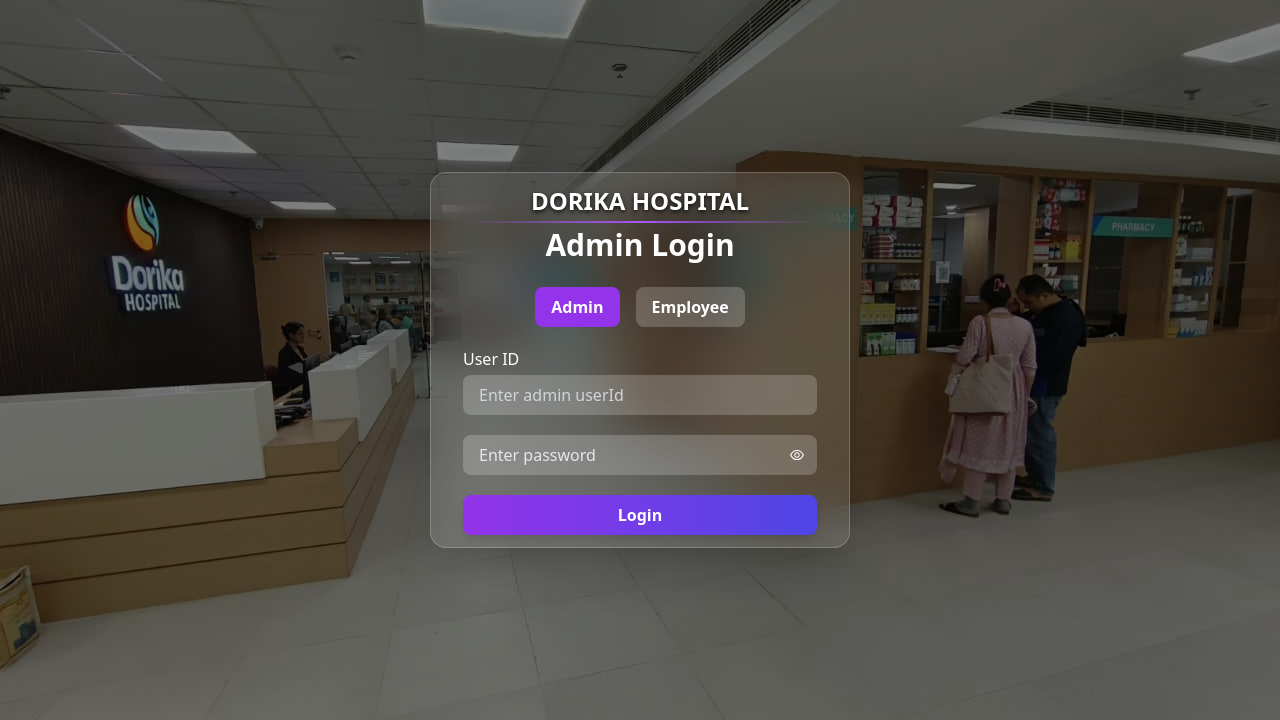
Repository: sixfoxtechnology123/DORIKA_HOSPITAL
Page: /
An editor plug-in stored every save of this project. The page is shown before and after the next save, followed by the edit.
The browser window is 1280 px wide. The pictures show the whole page.
The project was rebuilt for these pictures with package versions that can differ from the ones it lists, and the page was loaded fresh each time. Also part of the build but not shown: src/component/HomePage.js, src/component/BackButton.js, src/Master/MasterPage.js, src/component/Sidebar.js, src/Master/DepartmentList.js, src/Master/DepartmentMaster.js, src/Master/DesignationMaster.js, src/Master/DesignationList.js and 41 more.

Above is the page before, as saved 2026-01-22 10:59:15.

### public/index.html
<!DOCTYPE html>
<html lang="en">
  <head>
    <meta charset="utf-8" />
    <link rel="icon" href="%PUBLIC_URL%/dorikaLogo.jpg" />
    <meta name="viewport" content="width=device-width, initial-scale=1" />
    <meta name="theme-color" content="#000000" />
    <meta
      name="description"
      content="Web site created using create-react-app"
    />
    <link rel="apple-touch-icon" href="%PUBLIC_URL%/dorikaLogo.jpg" />
    <!--
      manifest.json provides metadata used when your web app is installed on a
      user's mobile device or desktop. See https://developers.google.com/web/fundamentals/web-app-manifest/
    -->
    <link rel="manifest" href="%PUBLIC_URL%/manifest.json" />
    <!--
      Notice the use of %PUBLIC_URL% in the tags above.
      It will be replaced with the URL of the `public` folder during the build.
      Only files inside the `public` folder can be referenced from the HTML.

      Unlike "/favicon.ico" or "favicon.ico", "%PUBLIC_URL%/favicon.ico" will
      work correctly both with client-side routing and a non-root public URL.
      Learn how to configure a non-root public URL by running `npm run build`.
    -->
    <title>DORIKA HOSPITAL</title>
  </head>
  <body>
    <noscript>You need to enable JavaScript to run this app.</noscript>
    <div id="root"></div>
    <!--
      This HTML file is a template.
      If you open it directly in the browser, you will see an empty page.

      You can add webfonts, meta tags, or analytics to this file.
      The build step will place the bundled scripts into the <body> tag.

      To begin the development, run `npm start` or `yarn start`.
      To create a production bundle, use `npm run build` or `yarn build`.
    -->
  </body>
</html>

### src/index.css
@tailwind base;
@tailwind components;
@tailwind utilities;
body { @apply bg-gray-100; }
@media print {
  body * {
    visibility: hidden !important;
  }

  #print-section, #print-section * {
    visibility: visible !important;
  }

  #print-section {
    position: absolute;
    top: 0;
    left: 0;
    width: 100%;
  }

  @page {
    margin: 10mm;
  }
}

### src/App.js
import React from "react";
import { Routes, Route } from "react-router-dom";
import HomePage from "./component/HomePage";
import BackButton from "./component/BackButton";
import MasterPage from "./Master/MasterPage";
import DepartmentList from "./Master/DepartmentList";
import DepartmentMaster from "./Master/DepartmentMaster";
import DesignationMaster from "./Master/DesignationMaster";
import DesignationList from "./Master/DesignationList";
import LeaveTypeMaster from "./Master/leavetypemaster";
import LeaveTypeList from "./Master/leavetypelist";
import HolidayMaster from "./Master/HolidayMaster";
import HolidayList from "./Master/HolidayList";
import ShiftMaster from "./Master/Shiftmaster";
import ShiftList from "./Master/Shiftlist";
import PolicyMaster from "./Master/Policymaster";
import PolicyList from "./Master/PolicyList";
import LocationMaster from "./Master/LocationMaster";
import LocationList from "./Master/Locationlist";
import PayrollComponentMaster from "./Master/PayrollComponentMaster";
import PayrollComponentList from "./Master/PayrollComponentList";
import EmployeeMaster from "./Master/EmployeeMaster";
import EmployeeList from "./Master/EmployeeList";
import LeaveDashboard from "./Master/LeaveDashboard";
import Dashboard from "./component/Dashboard";
import AdminLogin from "./component/AdminLogin";
import EditProfile from "./component/EditProfile";
import ChangePassword from "./component/ChangePassword";
import AdminManagement from "./component/AdminManagement";
import { Toaster } from "react-hot-toast";
import LeaveRuleMaster from "./Master/LeaveRuleMaster";
import LeaveRuleList from "./Master/LeaveRuleList";
import LeaveAllocationForm from "./Master/LeaveAllocationForm";
import LeaveAllocationList from "./Master/LeaveAllocationList";
import EmployeeDashboard from "./EmployeeCorner/EmployeeDashboard";
import UserProfile from "./EmployeeCorner/UserProfile";
import EmployeeHome from "./EmployeeCorner/EmployeeHome";
import EmployeeCornerSidebar from "./EmployeeCorner/EmployeeCornerSidebar";
import EmployeeUserIdCreated from "./EmployeeCorner/EmployeeUserIdCreated";
import EmployeeCalendar from "./EmployeeCorner/EmployeeCalendar";
import EmployeeLeaveApplication from "./EmployeeCorner/EmployeeLeaveApplication";
import SalaryHeadForm from "./Master/SalaryHeadForm";
import SalarySlipHeadList from "./Master/SalarySlipHeadList";
import PaySlipGenerateEmployeeList from "./Master/PaySlipGenerateEmployeeList";
import GeneratePaySlip from "./Master/GeneratePaySlip";
import PaySlipHistory from "./Master/PaySlipHistory";
import ReminderPage from "./Master/ReminderPage";
import ShiftManagement from "./Master/ShiftManagement";
import EmployeeLeaveDetails from "./EmployeeCorner/EmployeeLeaveDetails";
import EmployeeAttendance from "./EmployeeCorner/EmployeeAttendance";
import LeaveHistory from "./Master/LeaveHistory";

export default function App(){
  return (
    <>
    <Routes>
      <Route path="/Homepage" element={<HomePage/>} />
      <Route path="/BackButton" element={<BackButton/>} />
      <Route path="/MasterPage" element={<MasterPage/>} />
      <Route path="/DepartmentList" element={<DepartmentList/>} />
      <Route path="/DepartmentMaster" element={<DepartmentMaster/>} />
      <Route path="/DesignationMaster" element={<DesignationMaster/>} />
      <Route path="/DesignationList" element={<DesignationList/>} />
      <Route path="/LeaveTypeMaster" element={<LeaveTypeMaster/>} />
      <Route path="/LeaveTypeList" element={<LeaveTypeList/>} />
      <Route path="/HolidayMaster" element={<HolidayMaster/>} />
      <Route path="/HolidayList" element={<HolidayList/>} />
      <Route path="/ShiftMaster" element={<ShiftMaster/>} />
      <Route path="/ShiftList" element={<ShiftList/>} />
      <Route path="/PolicyMaster" element={<PolicyMaster/>} />
      <Route path="/PolicyList" element={<PolicyList/>} />
      <Route path="/LocationMaster" element={<LocationMaster/>} />
      <Route path="/LocationList" element={<LocationList/>} />
      <Route path="/PayrollComponentMaster" element={<PayrollComponentMaster/>} />
      <Route path="/PayrollComponentList" element={<PayrollComponentList/>} />
      <Route path="/EmployeeMaster" element={<EmployeeMaster/>} />
      <Route path="/EmployeeList" element={<EmployeeList/>} />
      <Route path="/Dashboard" element={<Dashboard/>} />
      <Route path="/" element={<AdminLogin/>} />
      <Route path="/EditProfile" element={<EditProfile/>} />
      <Route path="/ChangePassword" element={<ChangePassword/>} />
      <Route path="/AdminManagement" element={<AdminManagement/>} />
      <Route path="/LeaveDashboard" element={<LeaveDashboard/>} />
      <Route path="/LeaveRuleMaster" element={<LeaveRuleMaster/>} />
      <Route path="/LeaveRuleList" element={<LeaveRuleList/>} />
      <Route path="/LeaveAllocationForm" element={<LeaveAllocationForm/>} />
      <Route path="/LeaveAllocationList" element={<LeaveAllocationList/>} />
      <Route path="/EmployeeDashboard" element={<EmployeeDashboard/>} />
      <Route path="/UserProfile" element={<UserProfile/>} />
      <Route path="/EmployeeHome" element={<EmployeeHome/>} />
      <Route path="/EmployeeCornerSidebar" element={<EmployeeCornerSidebar/>} />
      <Route path="/EmployeeUserIdCreated" element={<EmployeeUserIdCreated/>} />
      <Route path="/EmployeeCalendar" element={<EmployeeCalendar/>} />
      <Route path="/EmployeeLeaveApplication" element={<EmployeeLeaveApplication/>} />
      <Route path="/SalaryHeadForm" element={<SalaryHeadForm/>} />
      <Route path="/SalarySlipHeadList" element={<SalarySlipHeadList/>} />
      <Route path="/PaySlipGenerateEmployeeList" element={<PaySlipGenerateEmployeeList/>} />
      <Route path="/GeneratePaySlip" element={<GeneratePaySlip/>} />
      <Route path="/PaySlipHistory" element={<PaySlipHistory/>} />
      <Route path="/ReminderPage" element={<ReminderPage/>} />
      <Route path="/ShiftManagement" element={<ShiftManagement/>} />
      <Route path="/EmployeeLeaveDetails" element={<EmployeeLeaveDetails/>} />
      <Route path="/EmployeeAttendance" element={<EmployeeAttendance/>} />
      <Route path="/LeaveHistory" element={<LeaveHistory/>} />

     </Routes>
        <Toaster
          reverseOrder={false}
          toastOptions={{
            style: { fontWeight: 600 },
            success: {
              icon: "✅",
              style: { background: "#d1fae5", color: "#065f46" }, // green background
            },
            error: {
              icon: "❌",
              style: { background: "#fee2e2", color: "#991b1b" }, // red background
            },
          }}
        />
</>
  );
}

### src/component/AdminLogin.js
import React, { useState } from "react";
import { useNavigate } from "react-router-dom";
import axios from "axios";
import { AiOutlineEye, AiOutlineEyeInvisible } from "react-icons/ai";
import hospitalBg from "../assets/hospital.jpeg";

const AdminLogin = () => {
  const [userId, setUserId] = useState("");
  const [password, setPassword] = useState("");
  const [error, setError] = useState("");
  const [showPassword, setShowPassword] = useState(false);
  const [loginType, setLoginType] = useState("admin"); // admin or employee
  const navigate = useNavigate();

  const handleLogin = async (e) => {
    e.preventDefault();
    setError("");

    try {
      const endpoint =
        loginType === "admin"
          ? "http://localhost:5002/api/adminManagement/login"
          : "http://localhost:5002/api/employee-ids/login";

      const res = await axios.post(endpoint, {
        userId: userId.trim(),
        password: password.trim(),
      });

      if (res.data.token) {
        const user = res.data.admin || res.data.user; // admin or employee
        if (!user) {
          setError("Login failed. Invalid response from server.");
          return;
        }

        const userData = {
          ...user,
          permissions: user.permissions || [],
          role: user.role || (loginType === "employee" ? "employee" : "user"),
        };

        localStorage.setItem("token", res.data.token);
        if (loginType === "employee") {
          localStorage.setItem(
            "employeeUser",
            JSON.stringify({
              employeeID: user.employeeID || user.employeeId,
              employeeUserId: user.employeeUserId,
              firstName: user.firstName,
              lastName: user.lastName,
              designation: user.designation,
              department: user.department,
              phone: user.phone,
            })
          );
        } else {
          localStorage.setItem("adminData", JSON.stringify(userData));
        }

        localStorage.setItem("userPermissions", JSON.stringify(userData.permissions));

        navigate(loginType === "admin" ? "/Dashboard" : "/EmployeeDashboard");
      } else {
        setError("Invalid credentials");
      }
    } catch (err) {
      console.error(err);
      setError(err.response?.data?.message || "Login failed. Please try again.");
    }
  };

  return (
    <div
      className="h-screen w-full flex items-center justify-center bg-cover bg-center bg-no-repeat"
      style={{ backgroundImage: `url(${hospitalBg})` }}
    >
      {/* Overlay to make the form stand out more against the image */}
      <div className="absolute inset-0 bg-black/50"></div>


      <div className="relative z-10 bg-white/10 backdrop-blur-xl py-3 px-8 rounded-2xl shadow-2xl w-[90%] sm:w-[420px] border border-white/20">
      <div className="text-center mb-1">
        <h2 className="text-2xl font-black text-white tracking-tighter sm:tracking-normal drop-shadow-[0_2px_2px_rgba(0,0,0,0.8)]">
         DORIKA HOSPITAL
        </h2>
        <div className="h-[2px] w-full bg-gradient-to-r from-transparent via-purple-500 to-transparent mt-1"></div>
      </div>
        <h1 className="text-3xl font-bold text-white text-center mb-6">
          {loginType === "admin" ? "Admin Login" : "Employee Login"}
        </h1>

        {/* Error */}
        {error && <p className="text-red-400 text-center mb-3 text-sm">{error}</p>}

        {/* Toggle Buttons */}
        <div className="flex justify-center mb-5 gap-4">
          <button
            type="button"
            className={`px-4 py-2 rounded-lg font-semibold ${
              loginType === "admin"
                ? "bg-purple-600 text-white"
                : "bg-white/20 text-white"
            }`}
            onClick={() => setLoginType("admin")}
          >
            Admin
          </button>

          <button
            type="button"
            className={`px-4 py-2 rounded-lg font-semibold ${
              loginType === "employee"
                ? "bg-purple-600 text-white"
                : "bg-white/20 text-white"
            }`}
            onClick={() => setLoginType("employee")}
          >
            Employee
          </button>
        </div>

        {/* Login Form */}
        <form onSubmit={handleLogin} className="space-y-5">
          {/* User ID */}
          <div>
            <label className="text-white block mb-1">User ID</label>
            <input
              type="text"
              placeholder={`Enter ${loginType} userId`}
              value={userId}
              onChange={(e) => {
                const value = e.target.value;
                setUserId(loginType === "employee" ? value.toUpperCase() : value);
              }}
              className="w-full px-4 py-2 rounded-lg bg-white/20 text-white placeholder-gray-300 outline-none focus:ring-2 focus:ring-purple-500"
              required
            />
          </div>

          {/* Password */}
          <div className="relative">
            <input
              type={showPassword ? "text" : "password"}
              placeholder="Enter password"
              value={password}
              onChange={(e) => setPassword(e.target.value)}
              className="w-full px-4 py-2 rounded-lg bg-white/20 text-white placeholder-gray-200 outline-none focus:ring-2 focus:ring-purple-500"
              required
            />
            <button
              type="button"
              className="absolute right-3 top-3 text-white" // Changed to white for better visibility
              onClick={() => setShowPassword(!showPassword)}
            >
              {showPassword ? <AiOutlineEyeInvisible /> : <AiOutlineEye />}
            </button>
          </div>

          {/* Submit */}
          <button
            type="submit"
            className="w-full py-2 rounded-lg bg-gradient-to-r from-purple-600 to-indigo-600 text-white font-semibold shadow-lg hover:scale-105 transform transition duration-300"
          >
            Login
          </button>
        </form>
      </div>
    </div>
  );
};

export default AdminLogin;

### tailwind.config.js
/** @type {import('tailwindcss').Config} */
module.exports = {
  content: [
    "./src/**/*.{js,jsx,ts,tsx}",
  ],
  theme: {
    extend: {
      colors: {
        dorika: {
          blue: "#0B4EA2",
          blueLight: "#EAF2FF",
          orange: "#F36C21",
          green: "#2BB673",
        },
      },
    //     fontFamily: {
    //   humanist: ['Merriweather', 'serif'],
    // },
    },
  },
  plugins: [],
}

Loaded but not shown: src/index.js (common file); src/reportWebVitals.js (common file)

After the next save:
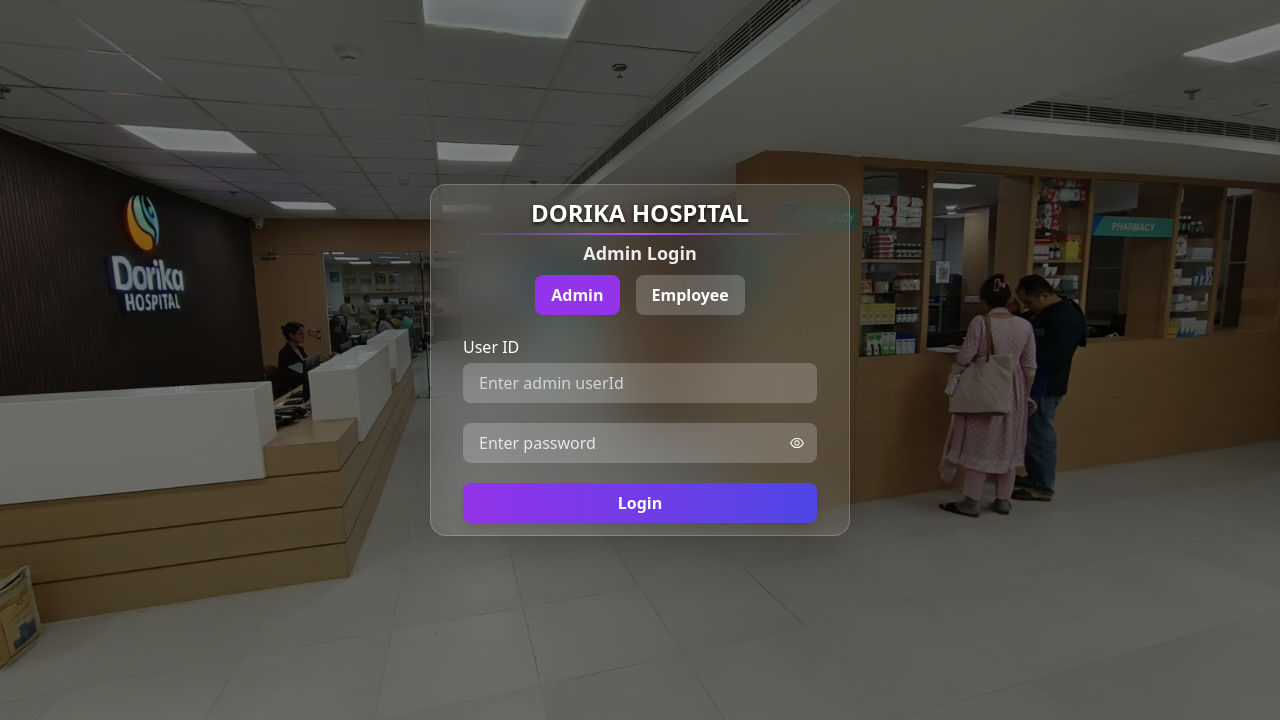
Saved 35 s later.
--- a/src/component/AdminLogin.js
+++ b/src/component/AdminLogin.js
@@ -86,7 +86,8 @@
         </h2>
         <div className="h-[2px] w-full bg-gradient-to-r from-transparent via-purple-500 to-transparent mt-1"></div>
       </div>
-        <h1 className="text-3xl font-bold text-white text-center mb-6">
+       {/* Heading */}
+       <h1 className="text-lg font-semibold text-white/90 text-center mb-2">
           {loginType === "admin" ? "Admin Login" : "Employee Login"}
         </h1>
 
